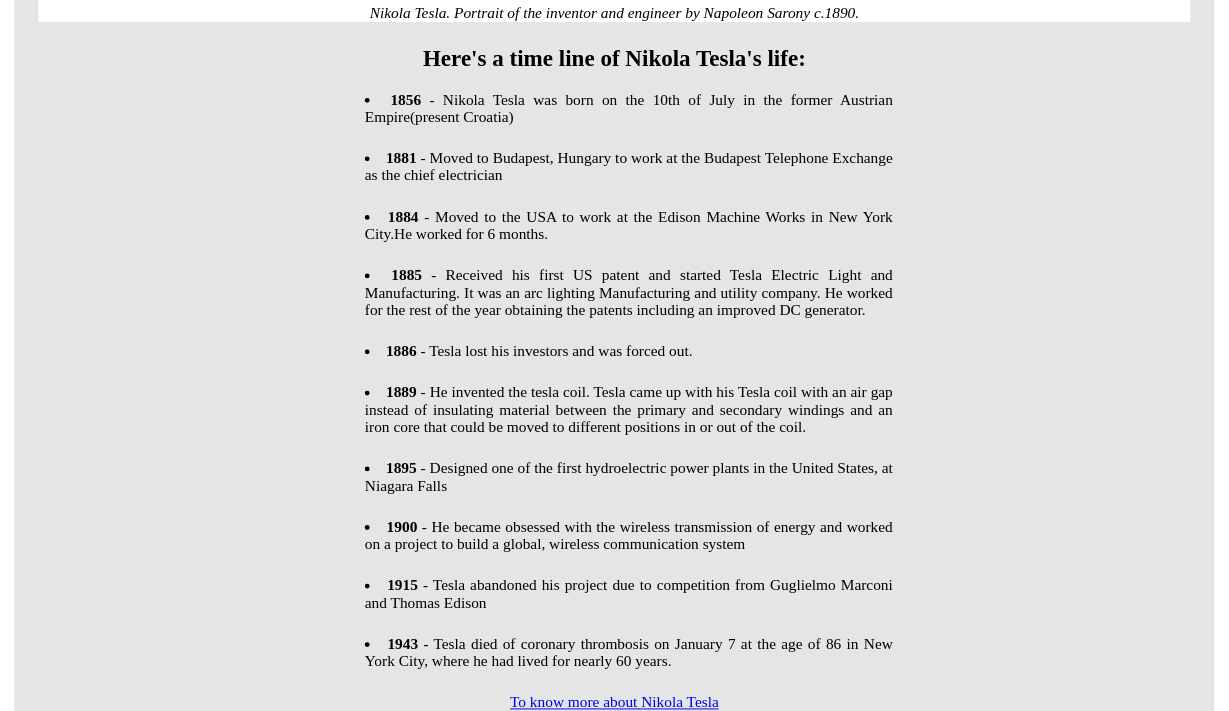
Repository: Avishka217/Tribute-Page
Page: index.html
An editor plug-in stored every save of this project. The page is shown before and after the next save, followed by the edit.
The browser window is 1280 px wide. The pictures show the part of the page from y = 576 to 1560 px (the page is 1317 px tall before and 1560 px after), at 96% of full size.
A picture or video elsewhere on the page could not be fetched, so the positions and the page height are approximate.

Above is the page before, as saved 2020-03-18 19:56:04.

### index.html
<!DOCTYPE html>
<html>

<head>
    <link rel="stylesheet" href="styles.css">
    <link href="https://fonts.googleapis.com/css?family=Libre+Baskerville&display=swap" rel="stylesheet">
    <title>Nikola Tesla | Tribute Page</title>
</head>

<body>
    <div id="header">
        <script src="https://cdn.freecodecamp.org/testable-projects-fcc/v1/bundle.js"></script>
    </div>
    <main id="main">
        <div id="title-content">
            <h1 id="title">NIKOLA TESLA</h1>
            <p>The genius who lit the world</p>
        </div>
        <div id="main-content">
            <figure id="img-div">
                <center><img id="image" src="https://www.hands-free.co.uk/wp-content/uploads/2018/06/nikola-tesla.jpg">
                </center>
                <figcaption id="img-caption">Nikola Tesla. Portrait of the inventor and engineer by Napoleon Sarony
                    c.1890.</figcaption>
            </figure>

        </div>
        <div id="tribute-info">
            <h2>Here's a time line of Nikola Tesla's life:</h2>

            <ul id="lists">
                <li><b>1856</b> - Nikola Tesla was born on the 10th of July in the former Austrian Empire(present
                    Croatia)</li>
                <li><b>1881</b> - Moved to Budapest, Hungary to work at the Budapest Telephone Exchange as the chief
                    electrician</li>
                <li><b>1884</b> - Moved to the USA to work at the Edison Machine Works in New York City.He worked for 6
                    months.
                </li>
                <li><b>1885</b> - Received his first US patent and started Tesla Electric Light and Manufacturing. It
                    was an arc lighting Manufacturing
                    and utility company. He worked for the rest of the year obtaining the patents including an improved
                    DC generator.</li>
                <li><b>1886</b> - Tesla lost his investors and was forced out.</li>
                <li><b>1889</b> - He invented the tesla coil. Tesla came up with his Tesla coil with an air gap instead
                    of insulating material between the primary and secondary windings and an iron core that could be
                    moved to different positions in or out of the coil.</li>

                <li><b>1895</b> - Designed one of the first hydroelectric power plants in the United States, at Niagara
                    Falls</li>
                <li><b>1900</b> - He became obsessed with the wireless transmission of energy and worked on a project to
                    build a global, wireless communication system</li>
                <li><b>1915</b> - Tesla abandoned his project due to competition from Guglielmo Marconi and Thomas
                    Edison</li>
                <li><b>1943</b> - Tesla died of coronary thrombosis on January 7 at the age of 86 in New York City,
                    where he had lived for nearly 60 years. </li>
            </ul>
            <a id="tribute-link" target="_blank" href="https://en.wikipedia.org/wiki/Nikola_Tesla">To know more about
                Nikola Tesla</a>
        </div>
    </main>

</body>

</html>

### styles.css
body{
  overflow-x: hidden;
  margin: 0 auto;
  width: 100%;
}
#header{
width: 100%;
  background-color:hsl(240, 80%, 8%);
  height: 60px;


}

#main{
  display: block;

  position: absolute;
  right: 0;
  left: 0;
  margin: 0px 15px;
  padding-top: 10px;
  background-color: rgb(0, 0, 0, 0.1);
  text-align: center;

}

#title-content{
  padding-top:  25px;
  text-align: center;
}
#title-content p{
  font-family: Helvetica, sans-serif
}
#main-content{
  padding-top: 30px;
  margin: 25px;
  background-color:white;
}

#title{
  position: relative;
  font-family:'Libre Baskerville', serif;
  font-size: 30px;
  text-align: center;
  margin-top: 15px;;

}


#image{
  display: block;
  max-width: 100%;
  height: auto;
  margin-bottom: 25px;

}
@media(min-width: 525px){
  #image{
    width:400px;
  }
}

#img-caption{
  text-align: center;
  font-style: italic;
}



#tribute-info{

  display: block;
  width: 100%;
  position: relative;
  text-align: center;
  list-style-position: inside;



}

#tribute-info ul{
display: block;

  padding-right: 10px;;
  width:550px;
  margin: auto;
  text-align: justify;

}
@media(max-width: 800px){
  #tribute-info  ul{
    width:auto;
  }
}
#tribute-info  li{


  margin-bottom: 25px;
}

After the next save:
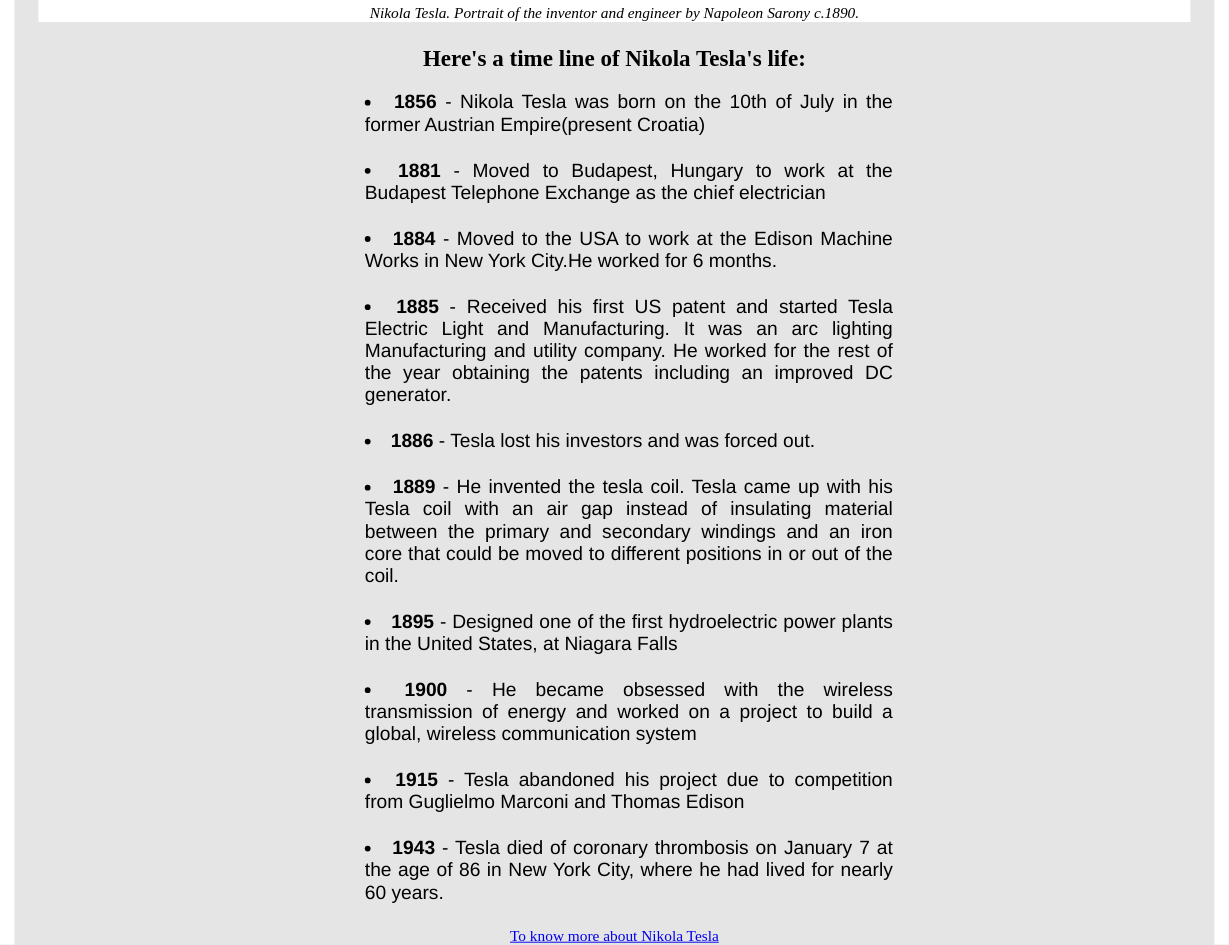
Saved 69 s later.
--- a/styles.css
+++ b/styles.css
@@ -80,8 +80,10 @@
 }
 
 #tribute-info ul{
-display: block;
 
+  font-family: Helvetica;
+  font-size: 20px;
+  display: block;
   padding-right: 10px;;
   width:550px;
   margin: auto;
